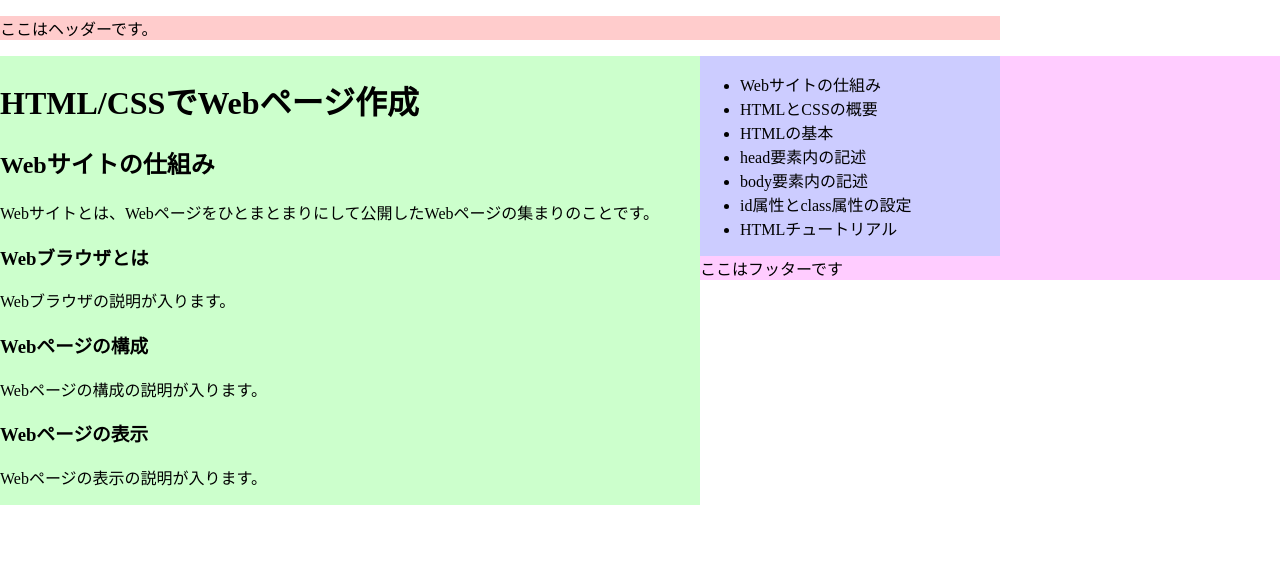
Repository: masahiko-morita/chat
Page: kadai/kadai-html.html
The author's editor kept a record of every edit. The page is drawn from the files as they stood at one moment, then again after the next edit.
The browser window is 1280 px wide. The pictures show the whole page.

Above is the page before.

After the next edit:
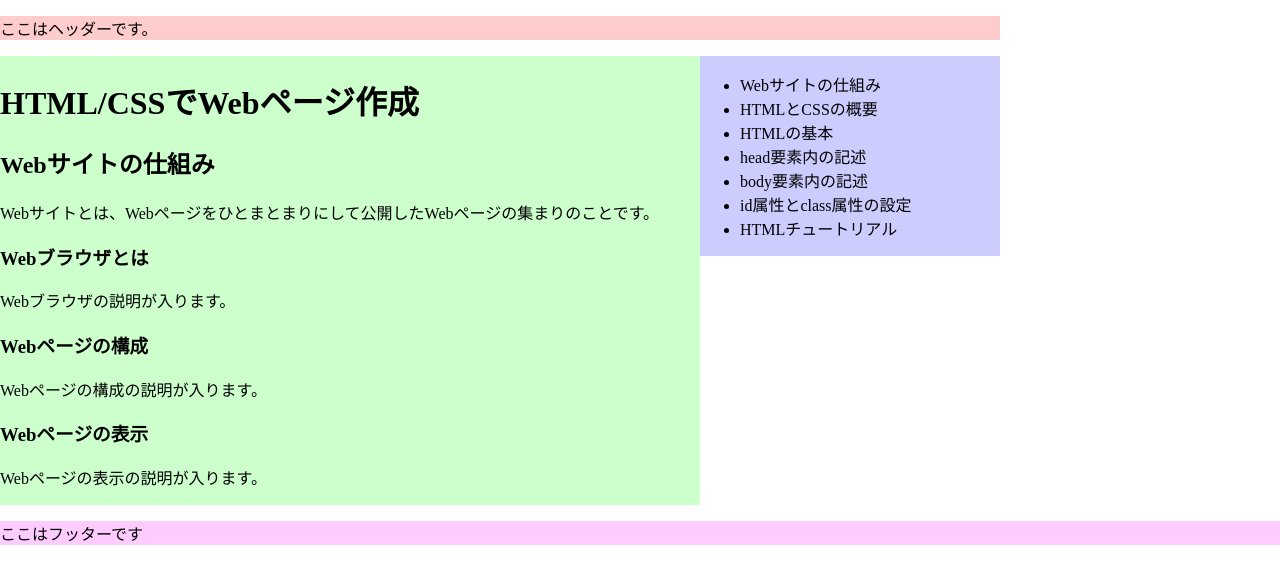
The edit:
--- a/kadai/kadai-html.html
+++ b/kadai/kadai-html.html
@@ -9,7 +9,7 @@
         <header>
             <p>ここはヘッダーです。</p>
         </header>
-        <div id="wrapper">
+        <div id="wrapper" class="clearfix">
             <nav id="menu">
                 <ul>
                     <li>Webサイトの仕組み</li>
